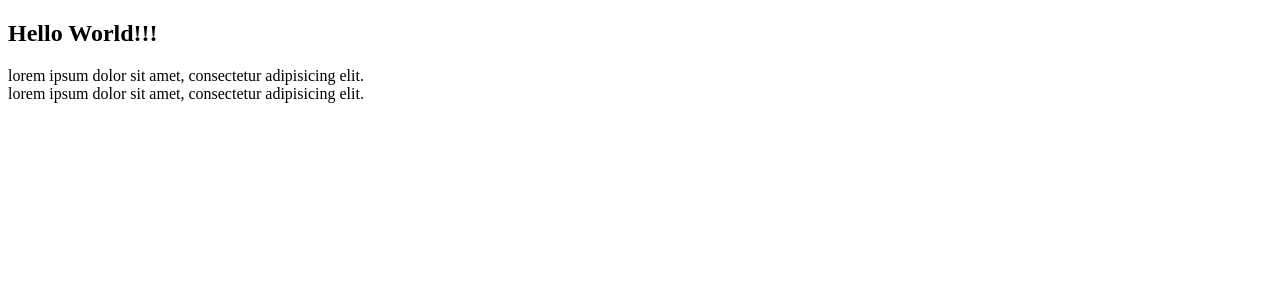
Repository: huygicungduoc/First_Project
Page: index.html
The author's editor kept a copy of each file at every save. The page is drawn from the files as they stood at one save, then again after the next save.
The browser window is 1280 px wide. The pictures show the whole page.

Above is the page before, as saved 2025-03-08 20:40:44.

### index.html
<!DOCTYPE html>
<html lang="en">
<head>
    <meta charset="UTF-8">
    <meta name="viewport" content="width=device-width, initial-scale=1.0">
    <title>First Project</title>
</head>
<body>
    <h2>Hello World!!!</h2>
    <div>
        lorem ipsum dolor sit amet, consectetur adipisicing elit.
    </div>
    <div>
        lorem ipsum dolor sit amet, consectetur adipisicing elit.
    </div>
</body>
</html>

After the next save:
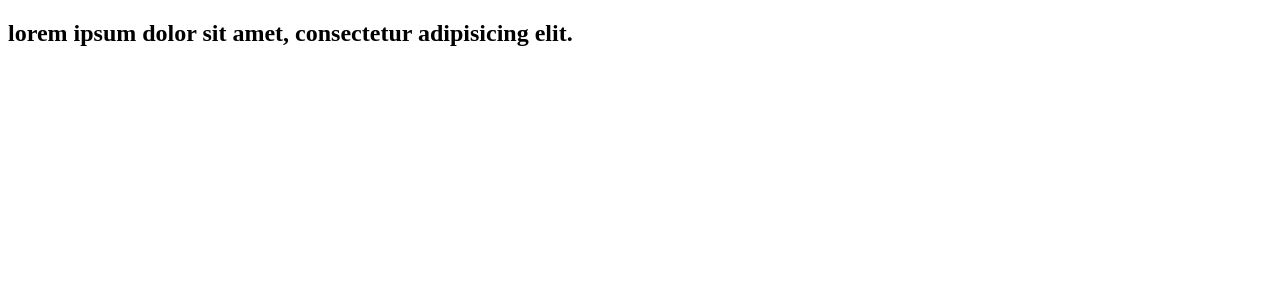
Saved 2 min 4 s later.
--- a/index.html
+++ b/index.html
@@ -6,12 +6,6 @@
     <title>First Project</title>
 </head>
 <body>
-    <h2>Hello World!!!</h2>
-    <div>
-        lorem ipsum dolor sit amet, consectetur adipisicing elit.
-    </div>
-    <div>
-        lorem ipsum dolor sit amet, consectetur adipisicing elit.
-    </div>
+        <h2>lorem ipsum dolor sit amet, consectetur adipisicing elit.</h2>
 </body>
 </html>
